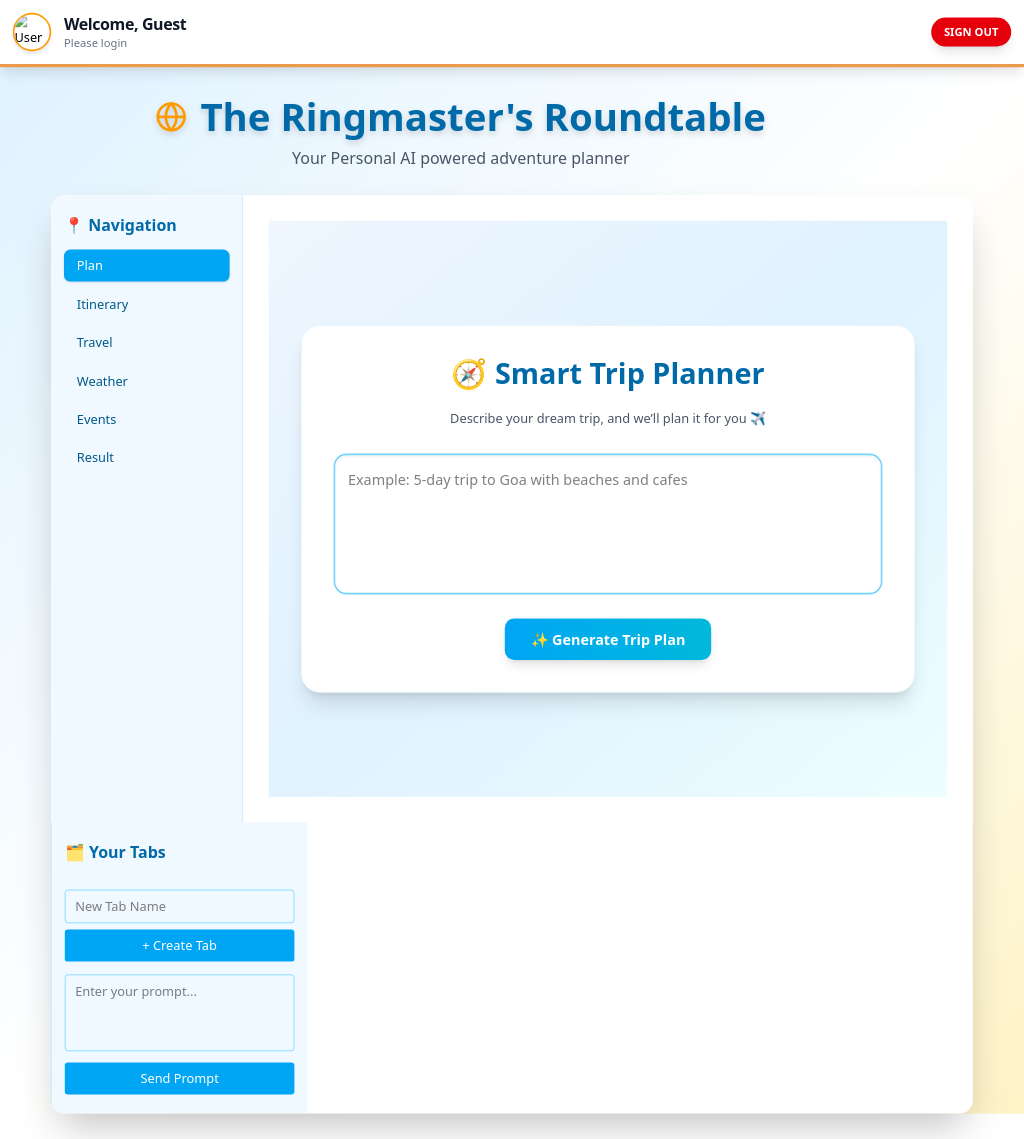
Repository: vega2006/The-Ringmaster-s-Roundtable
Page: /prompt (app in client/)
An editor plug-in stored every save of this project. The page is shown before and after the next save, followed by the edit.
The browser window is 1280 px wide. The pictures show the whole page, at 80% of full size.
The page's requests for data from a server got no answer. The project was rebuilt for these pictures with package versions that can differ from the ones it lists, and the page was loaded fresh each time. No one was signed in, and anything a server would have sent is missing. Also part of the build but not shown: client/vite.config.js, client/src/components/GoogleLogin.jsx, client/src/components/NotFound.jsx, client/src/components/Sidebar.jsx, client/src/components/PlanInput.jsx, client/src/components/WeatherContent.jsx, client/src/components/TravelContent.jsx, client/src/components/ItineraryContent.jsx and 8 more.

Above is the page before, as saved 2025-10-09 17:16:44.

After the next save:
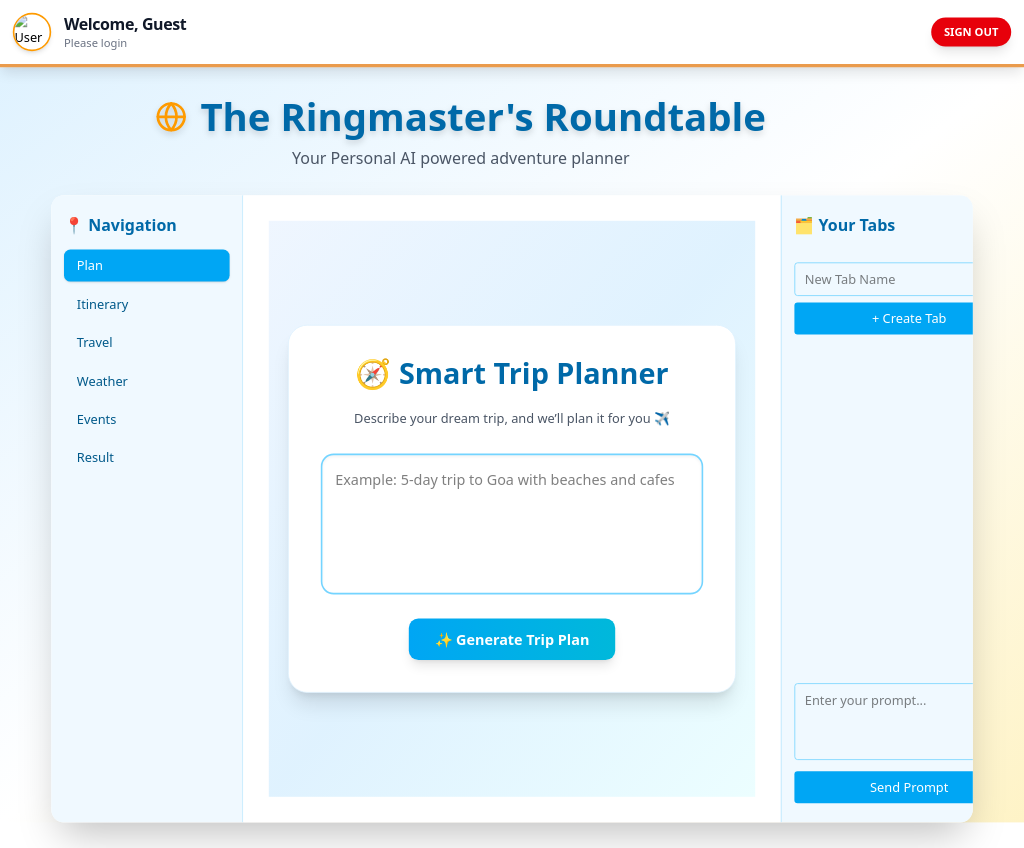
Saved 89 s later.
--- a/client/src/pages/AIDashboard.jsx
+++ b/client/src/pages/AIDashboard.jsx
@@ -61,17 +61,16 @@ const AIDashboard = () => {
 
         <div className="min-h-screen bg-gradient-to-br from-sky-100 via-white to-amber-100 font-inter">
           <AppHeader />
-          <div className="max-w-6xl mx-auto grid grid-cols-1 md:grid-cols-[240px_1fr] bg-white shadow-2xl rounded-2xl overflow-hidden mt-4 mb-8">
-            <PromptBasedSidebar />
+         <div className="max-w-6xl mx-auto grid grid-cols-1 md:grid-cols-[240px_1fr_240px] bg-white shadow-2xl rounded-2xl overflow-hidden mt-4 mb-8">
+  <PromptBasedSidebar />  {/* Left Sidebar */}
 
+  <MainContent>
+    <AIContentRouter />
+  </MainContent>        {/* Main content */}
 
-            <MainContent>
-               <AIContentRouter />
-               </MainContent>
-                <RightSidebar/>
+  <RightSidebar userId={userInfo?.id} /> {/* Right Sidebar */}
+</div>
 
-
-          </div>
         </div>
     </TripProvider>
 
